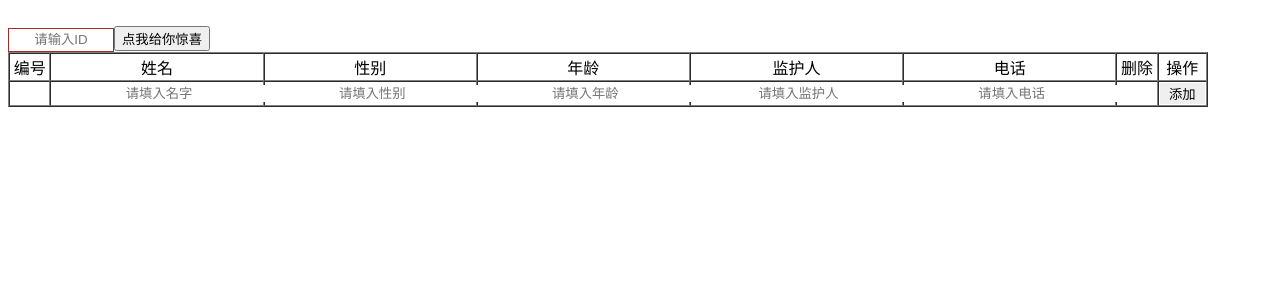
Repository: zhangweihang/management_system
Page: http://localhost/ItsTimeToShow/all
These files come from the project's save history. The page is drawn as it stood at one moment and after the next save; the edit follows.
The browser window is 1280 px wide. The pictures show the whole page.
The page is served by Tomcat 9. Queries for data that is not in the repository find no rows.

Above is the page before, as saved 2017-09-29 12:18:32.

After the next save:
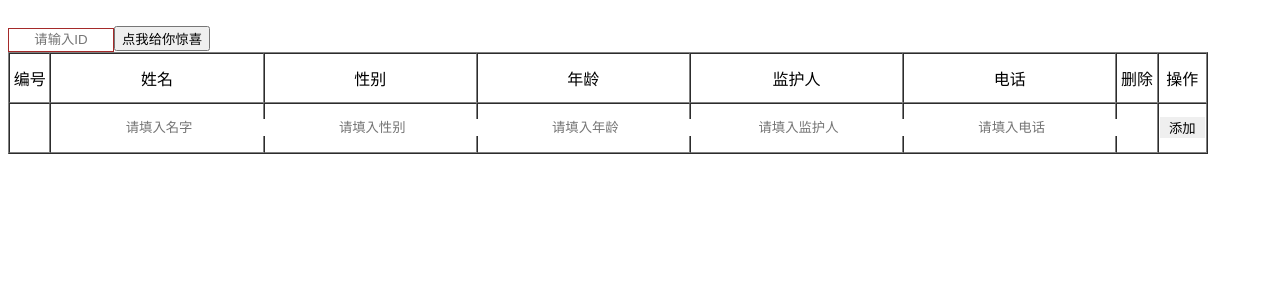
Saved 79 s later.
--- a/ItsTimeToShow/WebContent/all.jsp
+++ b/ItsTimeToShow/WebContent/all.jsp
@@ -33,6 +33,9 @@
 	}
 	.black{
 		background-color: black;
+	}
+	tr{
+	height:50px;
 	}
 </style>
 
